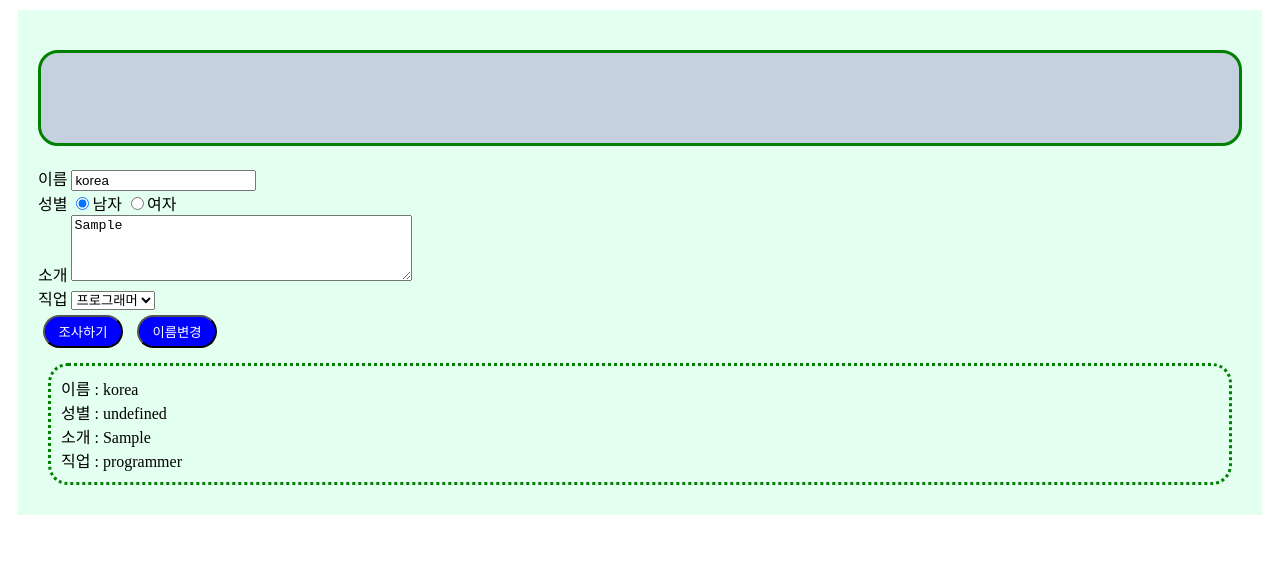
Repository: ypyp0205/jquery
Page: jqpro/WebContent/0213/form_val.html
The author's editor kept a copy of each file at every save. The page is drawn from the files as they stood at one save, then again after the next save.
The browser window is 1280 px wide. The pictures show the whole page.
Empty fields were first filled with sample values (such as "Sample", 5 or name@example.com).
After loading, the first visible `#btnview` was clicked once.

Above is the page before, as saved 2020-02-13 05:19:07.

### jqpro/WebContent/0213/form_val.html
<!DOCTYPE html>
<html>
<head>
<meta charset="UTF-8">
<title>Insert title here</title>
<link rel="stylesheet" href="../CSS/mystyle.css">
<script src="../js/jquery-3.4.1.min.js" type="text/javascript"></script>

<script type="text/javascript">
	$(function(){

			$('#btnview').on('click', function(){


				str = "";
				str += "이름 : " + $('#user').val() + "<br>";
				str += "성별 : " + $('.gender').val() + "<br>";
				str += "소개 : " + $('.intro').val() + "<br>";
				str += "직업 : " + $('#work').val() + "<br>";

				$('#result1').html(str);




			})




			$('#btnchange').on('click', function(){




			})













	})
</script>
</head>
<body>

	<div class="box">

		<h2></h2>

		<pre>

		</pre>

<form>

 	<label for="user">이름</label>
	<input type="text" id="user" value="korea"><br>



    <label >성별</label>
    <input type="radio" class="gend" name="gend" value="남자" checked >남자
    <input type="radio" class="gend" name="gend" value="여자"  >여자<br>



    <label for="intro">소개</label>
    <textarea class="intro" cols="40" rows="4"></textarea> <br>


    <label for="work">직업</label>
    <select id="work">

    <option value="programmer">프로그래머</option>

    <option value="progammer">프로게이머</option>

    <option value="whitehand">백수</option>

    </select><br>

	<button type="button" id="btnview">조사하기 </button>

	<button type="button" id="btnchange">이름변경 </button>

</form>




		<div id="result1"></div>

	</div>
</body>
</html>

### jqpro/WebContent/CSS/mystyle.css
@CHARSET "UTF-8";

pre {
	height: auto;
	background: #efffef;
	border: 3px solid green;
	font-size: 20px;
	padding: 10px;
	border-radius: 20px;
}

.box {
	background: #e3ffef;
	margin: 10px;
	height: auto;
	padding: 20px;
}

.box div {
	border: 3px dotted green;
	height: auto;
	margin: 10px;
	padding: 10px;
	border-radius: 20px;
}

.box button {
	color: white;
	background: blue;
	padding: 5px;
	margin: 5px;
	width: 80px;
	border-radius: 40px;
}

.box pre {
	padding: 15px;
	color: blue;
	background: rgb(197, 209, 222);
	line-height: 1.5em;
	font-weight: bold;
	}

Loaded but not shown: jqpro/WebContent/js/jquery-3.4.1.min.js (library)

After the next save:
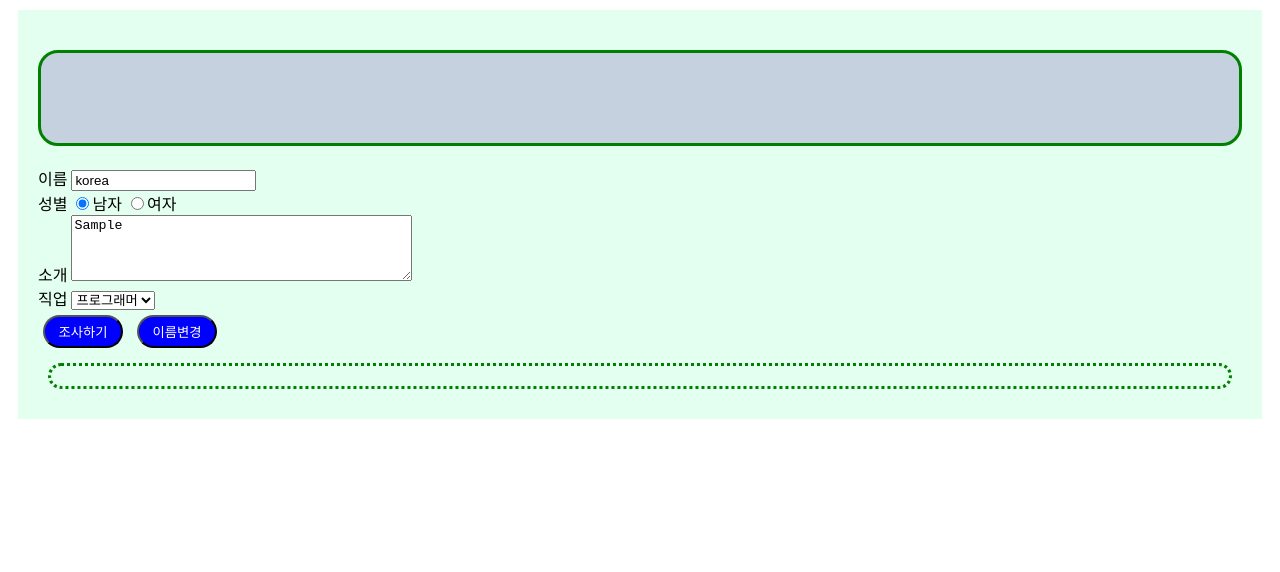
Console error: ReferenceError: replace is not defined
Saved 3 min 10 s later.
--- a/jqpro/WebContent/0213/form_val.html
+++ b/jqpro/WebContent/0213/form_val.html
@@ -15,8 +15,20 @@
 				str = "";
 				str += "이름 : " + $('#user').val() + "<br>";
 				str += "성별 : " + $('.gender').val() + "<br>";
-				str += "소개 : " + $('.intro').val() + "<br>";
+				str += "소개 : <br>";
+
+
+				intro = $('.intro').val();
+				intro = intro.replace(/\r/g, ""),replace(/\n/g, "<br>");
+
+
+
+
+				str += intro + "<br>";
 				str += "직업 : " + $('#work').val() + "<br>";
+
+
+
 
 				$('#result1').html(str);
 

After the save that followed:
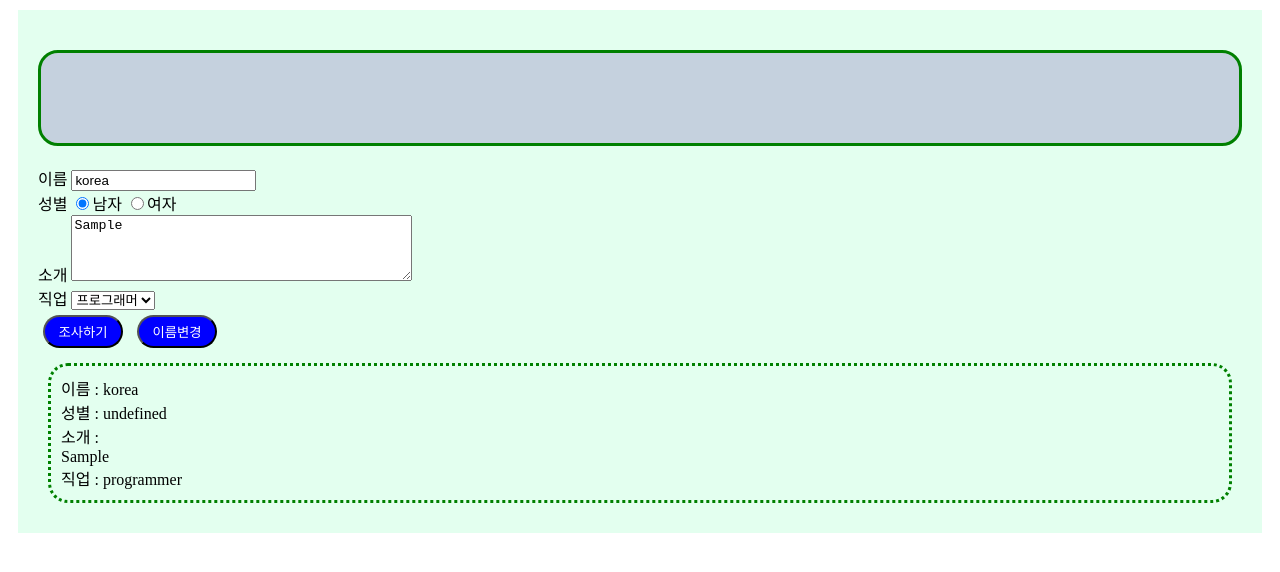
The error is gone.
Saved 21 s later.
--- a/jqpro/WebContent/0213/form_val.html
+++ b/jqpro/WebContent/0213/form_val.html
@@ -19,7 +19,7 @@
 
 
 				intro = $('.intro').val();
-				intro = intro.replace(/\r/g, ""),replace(/\n/g, "<br>");
+				intro = intro.replace(/\r/g, "").replace(/\n/g, "<br>");
 
 
 
